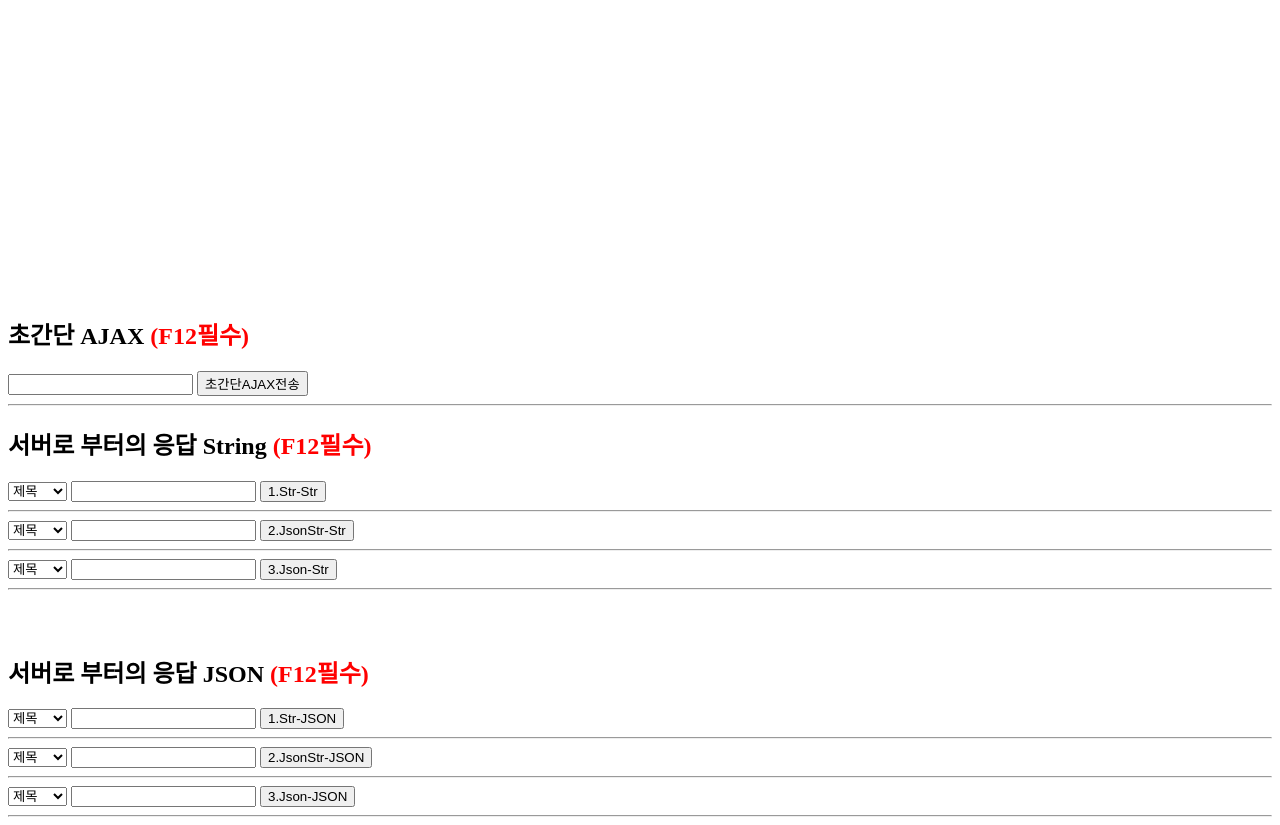
Repository: Won-Hyuk-Lee/kosta_java
Page: http://localhost/web_prj/lec_rest.jsp
An editor plug-in stored every save of this project. The page is shown before and after the next save, followed by the edit.
The browser window is 1280 px wide. The pictures show the whole page.
The page is served by Tomcat 9. Nobody is signed in. The application's start-up code is not run. Other server files are loaded and not shown.

Above is the page before, as saved 2024-05-28 02:49:21.

### web_prj/src/main/webapp/lec_rest.jsp
<%@ page language="java" contentType="text/html; charset=UTF-8"
    pageEncoding="UTF-8"%>
<!DOCTYPE html>
<html>
<head>
<meta charset="UTF-8">
<title>Insert title here</title>
<link rel="shortcut icon" href="#"><!-- favicon 에러 해결 -->
</head>
<body>
<!--  REST(Representational State Transfer)
		   : 웹 서비스를 위한 분산 시스템 아키텍처
		   - http 프로토콜 사용
		   - 데이터 포맷 : json/xml 주로 사용
		   - 개인정보 데이터 접근을 위해서는 토큰(OAuth2) 이용
		   - 서버(프로바이더)가 정한 규칙에 맞게 요청을 해야 응답을 받을 수 있다
		   ex) kakao  사용자 목록 가져오기
		       https://kapi.kakao.com/v1/user/ids
		       ${SERVICE_APP_ADMIN_KEY}
		       Content-type: application/x-www-form-urlencoded;charset=utf-8

      AJAX : 스크립트에서 비동기 통신을 위한 기술
		   : JSON/XML/TEXT/... 데이터표기를 사용해 데이터 송수신

	  $.ajax( { });

	  $.ajax({
	        *method      : "GET",
	        *url         : "/BoradServlet?pagecode=B001",
	        *data 		 : { "name":"kim" , "pw":"123" },    JSON표기 내부적변환 name=kim&pw=123
	  		             : { "name": ["kim","hong"]    }                     name=kim&name=hong
	  		             : "name=kim&pw=123"
	  		*error 	     : function(){   },
	  		*success     : function(){   },

	  		contentType : "application/x-www-form-urlencoded; charset=UTF-8"   ------ 보낼데이터 타입
	  		            : "application/json; charset=UTF-8"
	  		dataType    : (xml, json, script, or html, text),                  ------ 서버로부터온 응답데이터 타입

	  		beforeSend 	: function(){   },
	  		complete 	: function(){   },
	  		crossDomain : false,
	  		headers     : {k:v},
	  });

-->
<br><br><br><br><br><br><br><br><br><br><br><br><br><br><br><br>
<!--  ##################### 서버로 부터의 응답 String #######################  -->
<h2>초간단 AJAX <font color=red>(F12필수)</font></h2>
<form id="Str_Str_Form" >
<input id="searchGubun" type=hidden name="searchGubun" value="">
<input id="searchStr"   type="text" name="searchStr">
<input type="button" id="AjaxBtn" value="초간단AJAX전송">
</form>
<hr>
<div id="resultDIV"></div>

<!--  ##################### 서버로 부터의 응답 String #######################  -->
<h2>서버로 부터의 응답 String <font color=red>(F12필수)</font></h2>
<form id="Str_Str_Form1" action="/RestServlet" method="get">
<select name="searchGubun">
	<option value="title">제목</option>
	<option value="contents">내용</option>
	<option value="regid">글쓴이</option>
</select>
<input type="text" name="searchStr">
<input type="button" id="1__Str_Str_Btn" value="1.Str-Str">
</form>
<hr>

<form id="JsonStr_Str_Form" action="/RestServlet" method="get">
<select name="searchGubun">
	<option value="title">제목</option>
	<option value="contents">내용</option>
	<option value="regid">글쓴이</option>
</select>
<input type="text" name="searchStr">
<input type="button" id="2__JsonStr_Str_Btn"  value="2.JsonStr-Str">
</form>
<hr>

<form id="Json_Str_Form" action="/RestServlet" method="get">
<select name="searchGubun">
	<option value="title">제목</option>
	<option value="contents">내용</option>
	<option value="regid">글쓴이</option>
</select>
<input type="text" name="searchStr">
<input type="button" id="3__Json_Str_Btn"  value="3.Json-Str">
</form>
<hr><br><br>

<!--  ##################### 서버로 부터의 응답 JSON #######################  -->
<h2>서버로 부터의 응답 JSON <font color=red>(F12필수)</font></h2>
<form id="Str_Json_Form" action="/RestServlet" method="get">
<select name="searchGubun">
	<option value="title">제목</option>
	<option value="contents">내용</option>
	<option value="regid">글쓴이</option>
</select>
<input type="text" name="searchStr">
<input type="button" id="4__Str_Json_Btn"  value="1.Str-JSON">
</form>
<hr>

<form id="JsonStr_Json_Form" action="/RestServlet" method="get">
<select name="searchGubun">
	<option value="title">제목</option>
	<option value="contents">내용</option>
	<option value="regid">글쓴이</option>
</select>
<input type="text" name="searchStr">
<input type="button" id="5__JsonStr_Json_Btn"  value="2.JsonStr-JSON">
</form>
<hr>

<form id="Json_Json_Form" action="/RestServlet" method="get">
<select name="searchGubun">
	<option value="title">제목</option>
	<option value="contents">내용</option>
	<option value="regid">글쓴이</option>
</select>
<input type="text" name="searchStr">
<input type="button" id="6__Json_Json_Btn"   value="3.Json-JSON">
</form>
<hr>

<script src="https://code.jquery.com/jquery-3.7.1.js"></script>
<script>
	//$(function() {    });


	$("#AjaxBtn").click(  function(){
		//alert("초간단AJAX");
		var sg = $("#searchGubun").val();
		var ss = $("#searchStr").val();
		$.ajax({
			method      : "GET",
	        url         : "<%=request.getContextPath()%>/RestServlet",
	        data 		: "searchGubun="+sg+"&searchStr="+ss ,
	  		error 	    : function(myval){ console.log("이건에러:" + myval);   },
	  		success     : function(myval){
	  										console.log("이건성공:" + myval);
	  										$("#resultDIV").html("<b>"+myval+"</b>")
	  									 }
		});
	});

	$("#1__Str_Str_Btn").click(  function(){
		//alert("1");
		var sendFormData = $("#Str_Str_Form1").serialize();
		$.ajax({
			method      : "GET",
	        url         : "<%=request.getContextPath()%>/RestServlet",
	        data 		: sendFormData,
	  		error 	    : function(myval){ console.log("이건에러:" + myval);   },
	  		success     : function(myval){
	  										console.log("성공:" + myval);
	  										var myval_obj = JSON.parse(myval);
	  										console.log("성공변환:" + myval_obj);
	  										console.log("성공변환:" + myval_obj[0]["regid"]);

	  										var htmlStr = "<table border=1 width=50%><tr><th>제목</th><th>글쓴이</th></tr>";
	  										$.map( myval_obj, function( MYval, MYidx ) {
	  											htmlStr += "<tr><td>" +MYval["title"] + "</td><td>"+MYval["regid"] +"</td></tr>"
	  											//console.log(MYval["title"] + "," + MYval["regid"] + "," + MYidx);
											});
	  										htmlStr += "</html>";
	  										$("#resultDIV").empty();
	  										$("#resultDIV").html("1. <b>"+htmlStr+"</b>");
	  								 }
		});
	});
	$("#2__JsonStr_Str_Btn").click(  function(){
		alert("2");
	});
	$("#3__Json_Str_Btn").click(  function(){
		alert("3");
	});

	$("#4__Str_Json_Btn").click(  function(){
		alert("4");
	});
	$("#5__JsonStr_Json_Btn").click(  function(){
		alert("5");
	});
	$("#6__Json_Json_Btn").click(  function(){
		alert("6");
	});

</script>

</body>
</html>

After the next save:
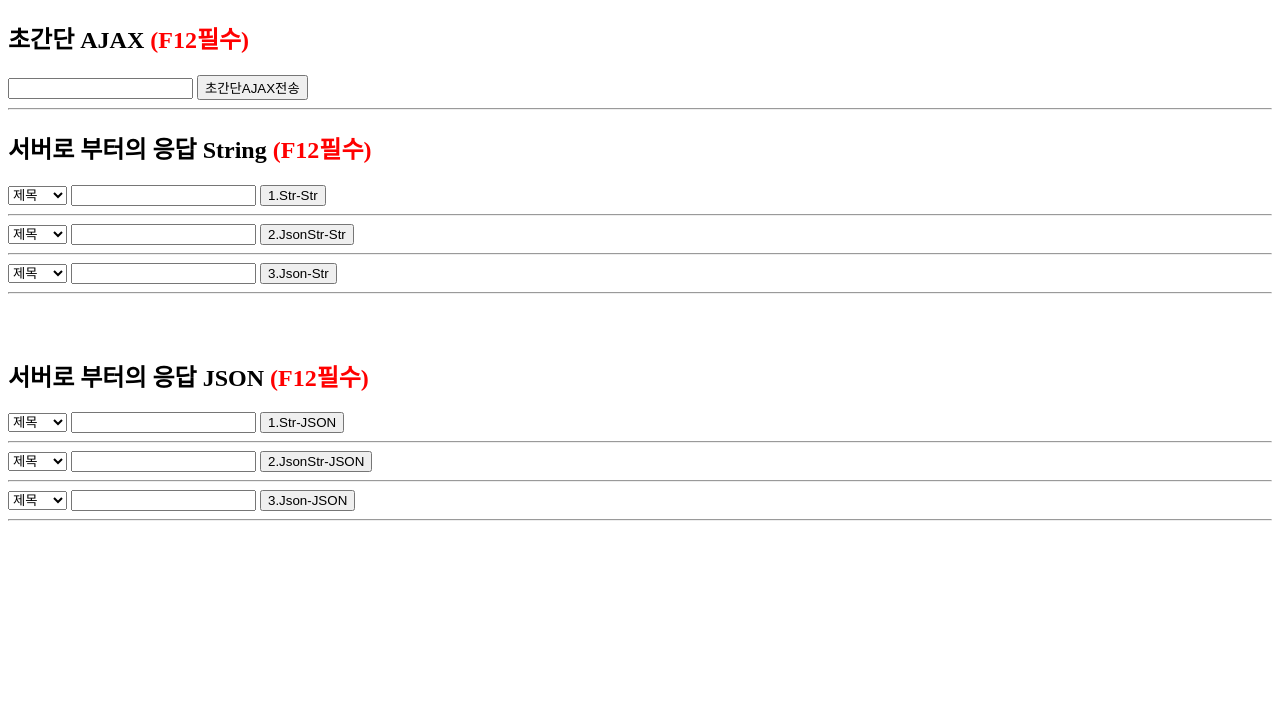
Saved 10 s later.
--- a/web_prj/src/main/webapp/lec_rest.jsp
+++ b/web_prj/src/main/webapp/lec_rest.jsp
@@ -44,7 +44,6 @@
 	  });
 
 -->
-<br><br><br><br><br><br><br><br><br><br><br><br><br><br><br><br>
 <!--  ##################### 서버로 부터의 응답 String #######################  -->
 <h2>초간단 AJAX <font color=red>(F12필수)</font></h2>
 <form id="Str_Str_Form" >
